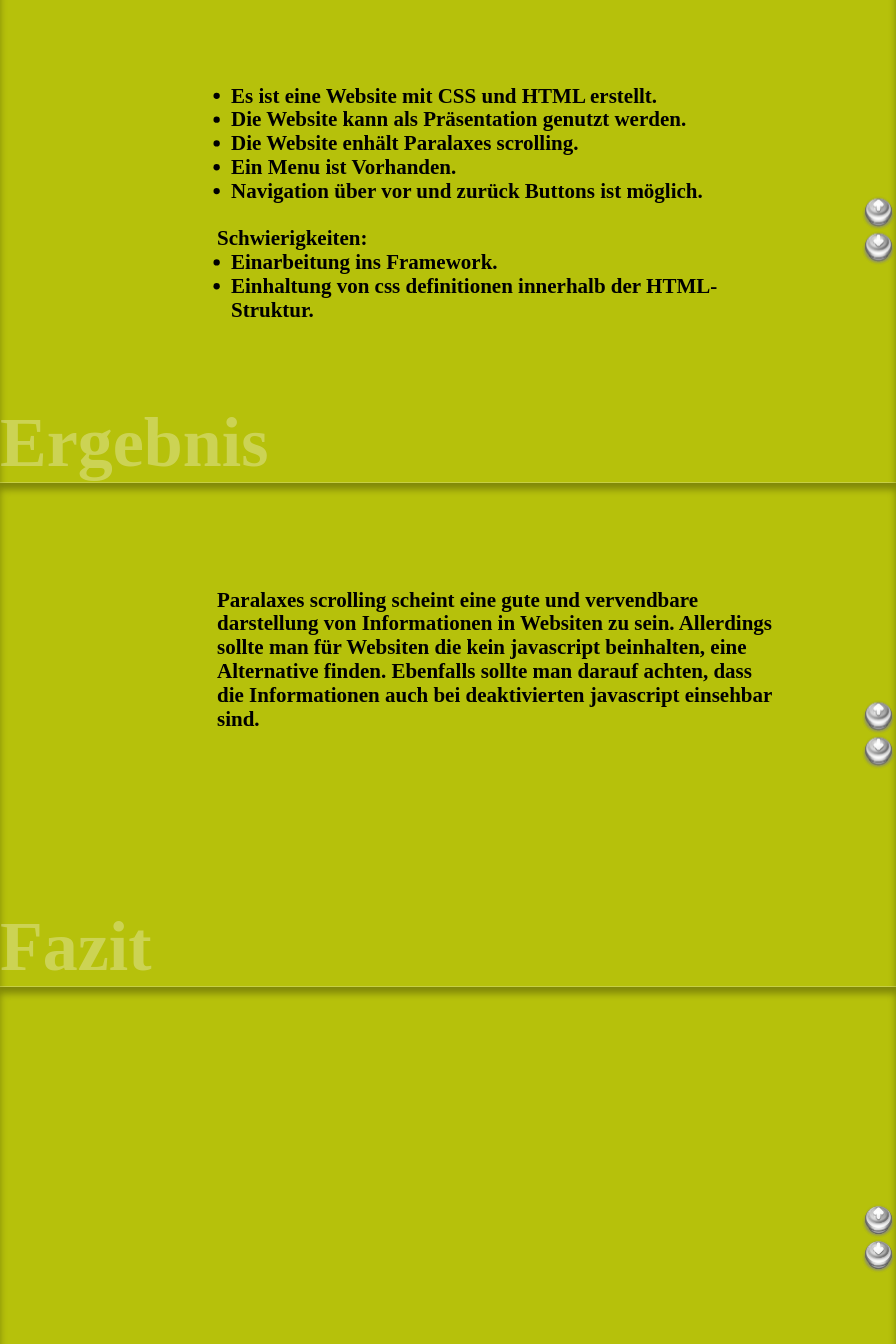
Repository: ennswi/websiteproject
Page: index.html
The author's editor kept a record of every edit. The page is drawn from the files as they stood at one moment, then again after the next edit.
The browser window is 1280 px wide. The pictures show the part of the page from y = 2929 to 4849 px (the page is 5058 px tall), at 70% of full size.

Above is the page before.

After the next edit:
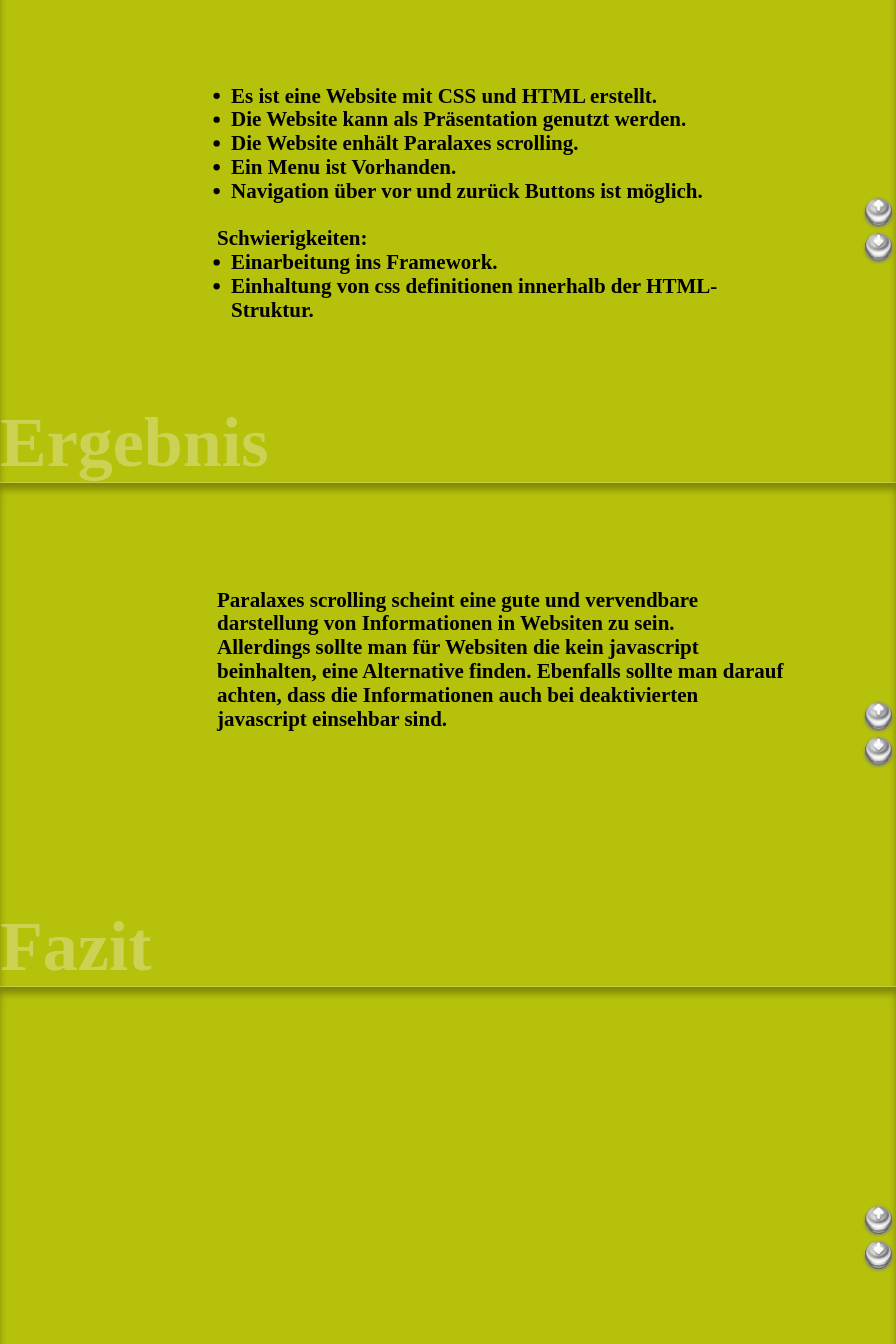
The edit:
--- a/index.html
+++ b/index.html
@@ -173,7 +173,7 @@
 			<img src="images/slide3/psdtuts.png" data-stellar-ratio="1.5" data-stellar-vertical-offset="-200"alt="">
 
 			<div class="info">
-				Paralaxes scrolling scheint eine gute und vervendbare darstellung von Informationen in Websiten zu sein.
+				Paralaxes scrolling scheint eine gute und vervendbare darstellung von Informationen in Websiten zu sein.</br>
 
 				Allerdings sollte man für Websiten die kein javascript beinhalten, eine Alternative finden.
 				Ebenfalls sollte man darauf achten, dass die Informationen auch bei deaktivierten javascript einsehbar sind.
